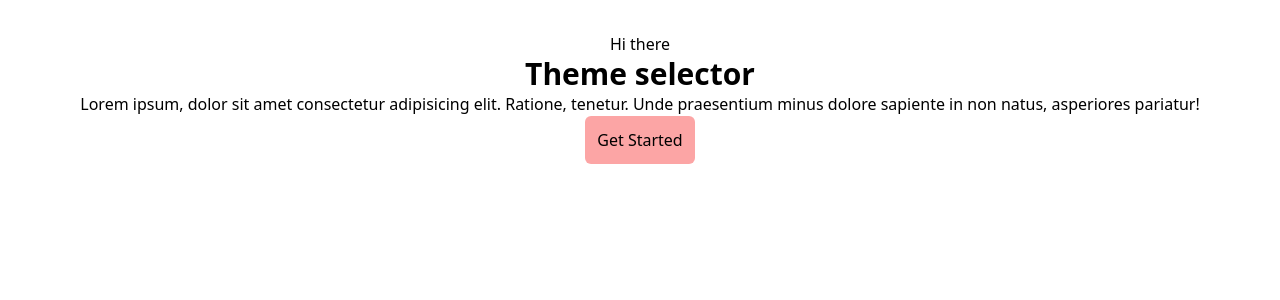
Repository: prince-bansal/tailwind-theme-switcher
Page: /
An editor plug-in stored every save of this project. The page is shown before and after the next save, followed by the edit.
The browser window is 1280 px wide. The pictures show the whole page.
The project was rebuilt for these pictures with package versions that can differ from the ones it lists, and the page was loaded fresh each time. Also part of the build but not shown: vite.config.ts.

Above is the page before, as saved 2024-03-17 19:06:27.

After the next save:
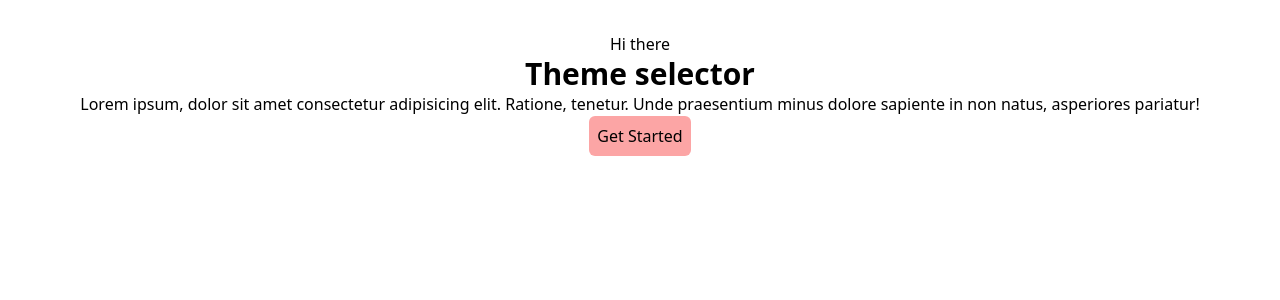
Saved 4 s later.
--- a/src/App.tsx
+++ b/src/App.tsx
@@ -7,7 +7,7 @@ function App() {
       <p>Hi there</p>
       <h1 className="text-3xl font-bold">Theme selector</h1>
       <p>Lorem ipsum, dolor sit amet consectetur adipisicing elit. Ratione, tenetur. Unde praesentium minus dolore sapiente in non natus, asperiores pariatur!</p>
-      <button className='bg-red-300  p-3 rounded-md'>Get Started</button>
+      <button className='bg-red-300 p-2 rounded-md'>Get Started</button>
     </>
   );
 }
